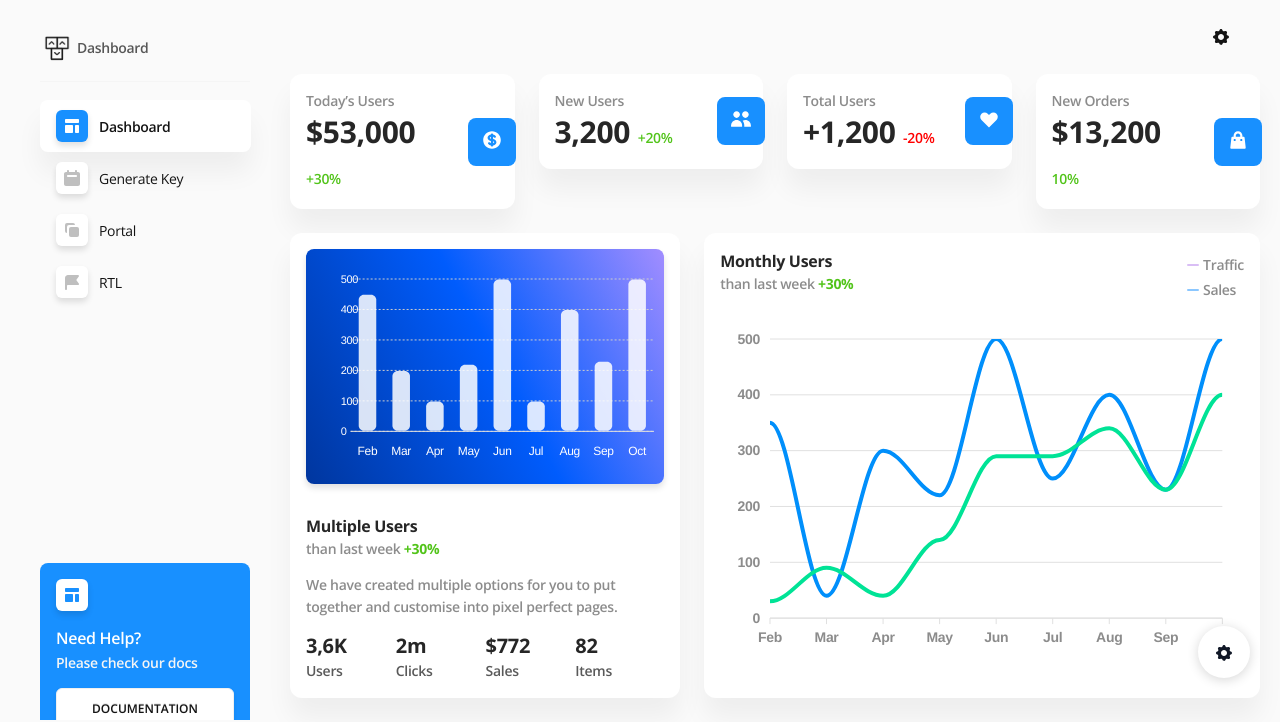
Repository: ahabalikhan/api-analytics-app-fe
Page: /
An editor plug-in stored every save of this project. The page is shown before and after the next save, followed by the edit.
The browser window is 1280 px wide. The pictures show the whole page.
The project was rebuilt for these pictures with package versions that can differ from the ones it lists, and the page was loaded fresh each time. Also part of the build but not shown: src/pages/Profile.js, src/components/layout/Footer.js. Imported but missing from the stored project, and not drawn on this page: src/pages/Billing, src/pages/Rtl, src/pages/Tables.

Above is the page before, as saved 2022-07-16 21:59:21.

### src/assets/styles/responsive.css
/*!
=========================================================
* Muse Ant Design Dashboard - v1.0.0
=========================================================
* Product Page: https://www.creative-tim.com/product/muse-ant-design-dashboard
* Copyright 2021 Creative Tim (https://www.creative-tim.com)
* Licensed under MIT (https://github.com/creativetimofficial/muse-ant-design-dashboard/blob/main/LICENSE.md)
* Coded by Creative Tim
=========================================================
* The above copyright notice and this permission notice shall be included in all copies or substantial portions of the Software.
*/
@media (min-width: 992px) {
  .layout-dashboard .ant-layout-footer {
    margin: 0 0 20px 20px;
  }
  .layout-dashboard .ant-layout-sider.sider-primary {
    margin: 20px 0 0 20px;
    padding: 13px 20px;
    height: calc(100vh - 20px);
  }
  .layout-dashboard .ant-layout {
    width: auto;
    flex-shrink: 1;
    margin-left: 270px;
  }
  .layout-dashboard .header-control .sidebar-toggler {
    display: none;
  }
}

@media (min-width: 768px) {
  .layout-dashboard .ant-layout-header {
    margin: 10px 20px;
  }
  .layout-dashboard .header-control {
    margin-top: 0;
  }
  .layout-dashboard .header-control .header-search {
    margin: 0 7px;
  }
  .layout-dashboard .header-control .btn-sign-in span {
    display: inline;
  }
  .profile-nav-bg {
    margin-top: -87.8px;
  }
  .card-profile-head {
    margin: -53px 24px 24px;
  }
}

@media (min-width: 992px) {
  .card-billing-info.ant-card .ant-card-body {
    display: flex;
  }
  .layout-dashboard-rtl {
    overflow: auto;
  }
  .layout-dashboard-rtl .ant-layout-sider.sider-primary {
    margin: 20px 20px 0 0;
    height: calc(100vh - 20px);
  }
  .layout-dashboard-rtl .ant-layout-sider.sider-primary {
    right: 0;
    left: auto;
  }
  .layout-dashboard-rtl .ant-layout-sider.sider-primary {
    right: 0;
    left: auto;
  }
  .layout-dashboard-rtl .ant-layout {
    margin-right: 270px;
    margin-left: 0;
  }
  .layout-dashboard-rtl .ant-layout-footer {
    margin: 0 20px 20px 0;
  }
}

@media (max-width: 768px) {
  .layout-dashboard.layout-dashboard-rtl .header-control {
    justify-content: flex-end;
  }
}

### src/components/chart/EChart.js
/*!
  =========================================================
  * Muse Ant Design Dashboard - v1.0.0
  =========================================================
  * Product Page: https://www.creative-tim.com/product/muse-ant-design-dashboard
  * Copyright 2021 Creative Tim (https://www.creative-tim.com)
  * Licensed under MIT (https://github.com/creativetimofficial/muse-ant-design-dashboard/blob/main/LICENSE.md)
  * Coded by Creative Tim
  =========================================================
  * The above copyright notice and this permission notice shall be included in all copies or substantial portions of the Software.
*/

import ReactApexChart from "react-apexcharts";
import { Row, Col, Typography } from "antd";
import eChart from "./configs/eChart";

function EChart() {
  const { Title, Paragraph } = Typography;

  const items = [
    {
      Title: "3,6K",
      user: "Users",
    },
    {
      Title: "2m",
      user: "Clicks",
    },
    {
      Title: "$772",
      user: "Sales",
    },
    {
      Title: "82",
      user: "Items",
    },
  ];

  return (
    <>
      <div id="chart">
        <ReactApexChart
          className="bar-chart"
          options={eChart.options}
          series={eChart.series}
          type="bar"
          height={220}
        />
      </div>
      <div className="chart-vistior">
        <Title level={5}>Multiple Users</Title>
        <Paragraph className="lastweek">
          than last week <span className="bnb2">+30%</span>
        </Paragraph>
        <Paragraph className="lastweek">
          We have created multiple options for you to put together and customise
          into pixel perfect pages.
        </Paragraph>
        <Row gutter>
          {items.map((v, index) => (
            <Col xs={6} xl={6} sm={6} md={6} key={index}>
              <div className="chart-visitor-count">
                <Title level={4}>{v.Title}</Title>
                <span>{v.user}</span>
              </div>
            </Col>
          ))}
        </Row>
      </div>
    </>
  );
}

export default EChart;

Loaded but not shown: public/index.html (common file); src/index.js (common file); src/pages/Home.js (487 lines, source omitted); src/components/layout/Header.js (337 lines, source omitted); src/pages/SignIn.js (200 lines, source omitted); src/pages/Portal.js (171 lines, source omitted); src/components/layout/Sidenav.js (157 lines, source omitted); src/components/layout/Main.js (118 lines, source omitted); src/components/chart/configs/eChart.js (106 lines, source omitted); src/components/chart/configs/lineChart.js (87 lines, source omitted); src/App.js (33 lines, source omitted); src/components/chart/LineChart.js (38 lines, source omitted); src/assets/styles/main.css (3043 lines, source omitted)

After the next save:
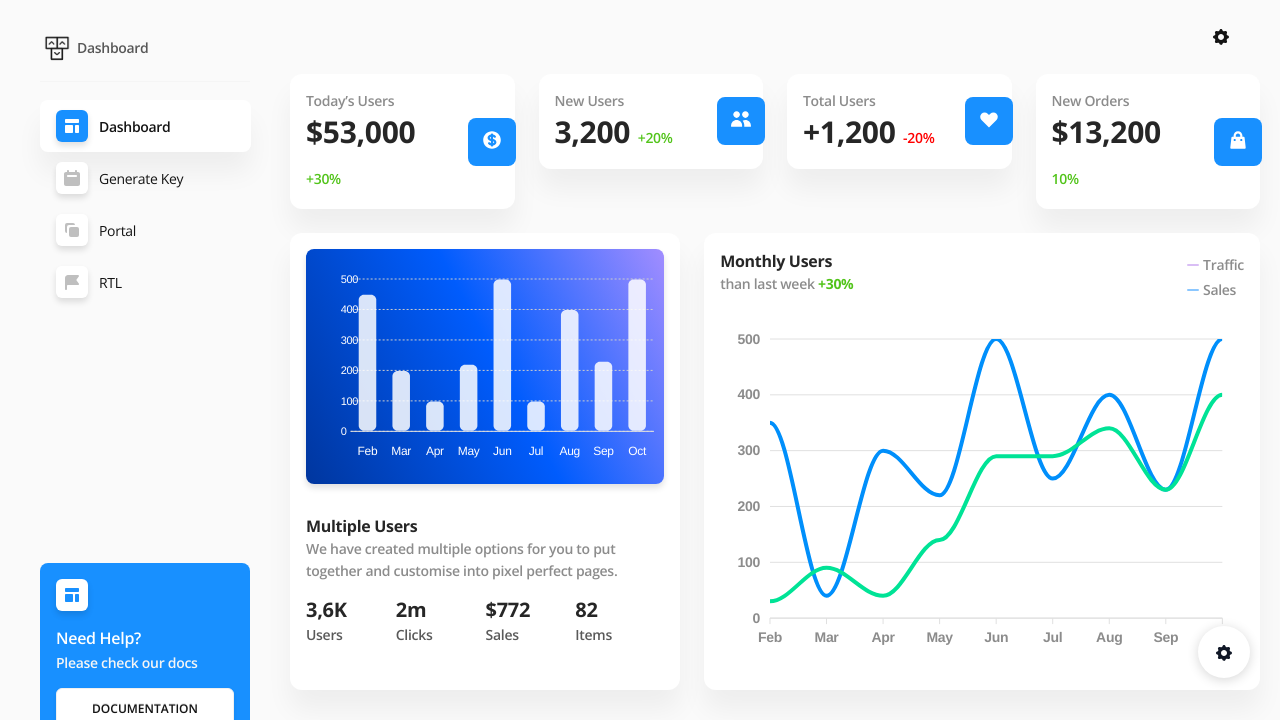
Saved 16 s later.
--- a/src/components/chart/EChart.js
+++ b/src/components/chart/EChart.js
@@ -50,9 +50,6 @@
       <div className="chart-vistior">
         <Title level={5}>Multiple Users</Title>
         <Paragraph className="lastweek">
-          than last week <span className="bnb2">+30%</span>
-        </Paragraph>
-        <Paragraph className="lastweek">
           We have created multiple options for you to put together and customise
           into pixel perfect pages.
         </Paragraph>
